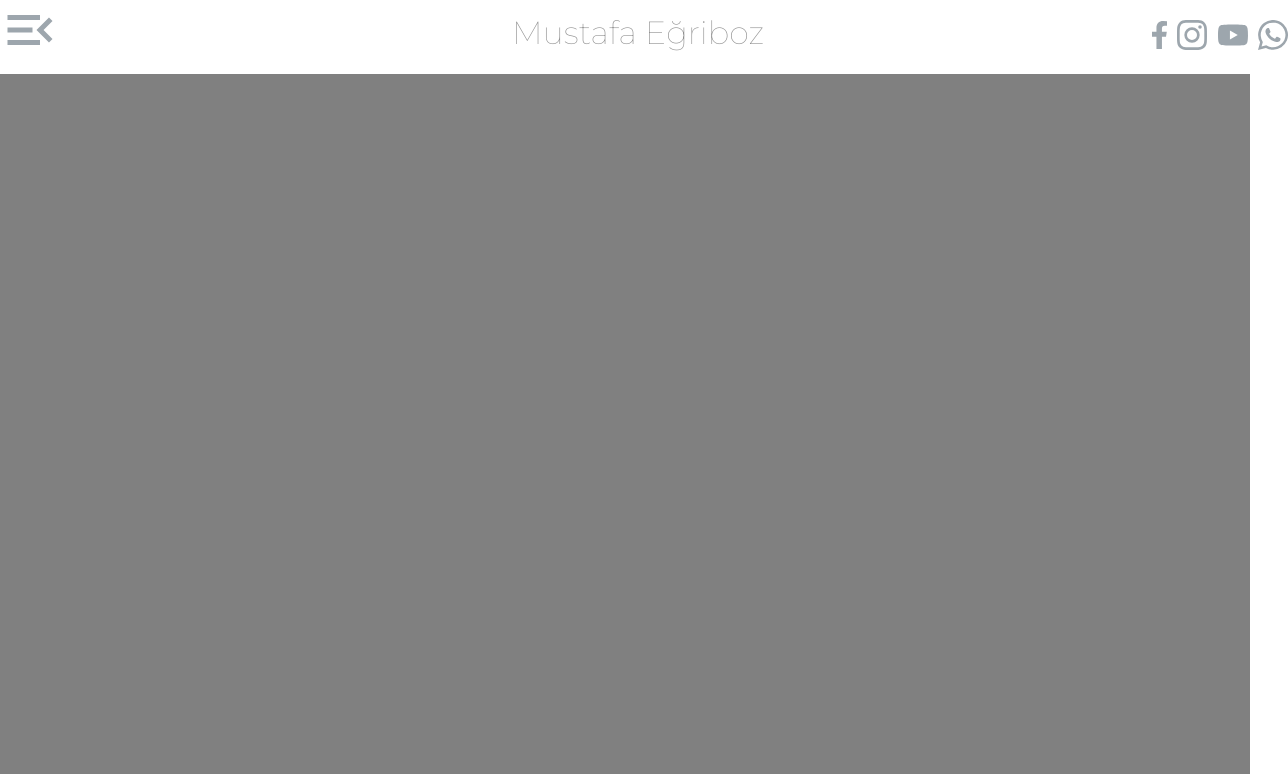
Repository: CengoCengo/m.e-gallery-web-site
Page: index.html
An editor plug-in stored every save of this project. The page is shown before and after the next save, followed by the edit.
The browser window is 1280 px wide. The page is 1288 px wide, so the pictures cover 1288 px, including what lies to the right of the window. The pictures show the whole page.

Above is the page before, as saved 2021-02-06 15:30:56.
Console error: TypeError: Cannot read properties of null (reading 'style')

### index.html
<!DOCTYPE html>
<html lang="en">
  <head>
    <meta charset="UTF-8" />
    <meta name="viewport" content="width=device-width, initial-scale=1.0" />
    <link rel="stylesheet" href="styles/style.css" />
    <link rel="preconnect" href="https://fonts.gstatic.com" />
    <link rel="preconnect" href="https://fonts.gstatic.com">
    <link href="https://fonts.googleapis.com/css2?family=Montserrat:wght@100&display=swap" rel="stylesheet">

    <title>Mustafa Eğriboz</title>
  </head>
  <body>
    <!-- Navigator -->
    <div class="menu-container">
      <img
        id="icon-menu"
        src="images/icon/menu_open-black-18dp.svg"
        alt="icon-menu"

      />
      <h1 class="name">Mustafa Eğriboz</h1>

      <div class="social-media-container icon-social">
        <a class="icon-social" href=""
          ><img alt="Qries" src="images/icon/facebook-f-brands.svg" width=15"
          height="70"></a
        >

        <a class="icon-social" href=""
          ><img alt="Qries" src="images/icon/instagram-brands.svg" width=30"
          height="70"></a
        >

        <a class="icon-social"  href=""
          ><img alt="Qries" src="images/icon/youtube-brands.svg" width=30"
          height="70"></a
        >

        <a class="icon-social" href=""
          ><img alt="Qries" src="images/icon/whatsapp-brands.svg" width=30"
          height="70"></a
        >
      </div>
    </div>

    <!-- Slider -->

    <div class="slider-container">
      <div class="slider"></div>
    </div>

    <script type="text/javascript" src="js/script.js"></script>
  </body>
</html>

### styles/style.css
*{
    margin: 0;
    padding: 0;
    font-family:  'Montserrat', sans-serif;
    font-weight: 900;




}


.menu-container{
    display: inline-block;
    position: relative;
    width: 100%;

}

#icon-menu{
    display: inline-block;
    width: 60px;

    margin-bottom: 10px;



}

h1.name{
    display: inline-block;
    font-weight: 200;
    position: absolute;
    margin-top: 1%;
    left: 40%;
    color:#8e8e8e;


}

.social-media-container{
    display: inline;
    position: relative;
    width: 100%;
    left: 84%;



}

.icon-social{
    margin-left: 0.5%;
}




.slider{
    background-color: grey;
    width: 1250px;
    height: 700px;

}

### js/script.js
var x = document.querySelector("p");
x.style.backgroundColor = "red";

After the next save:
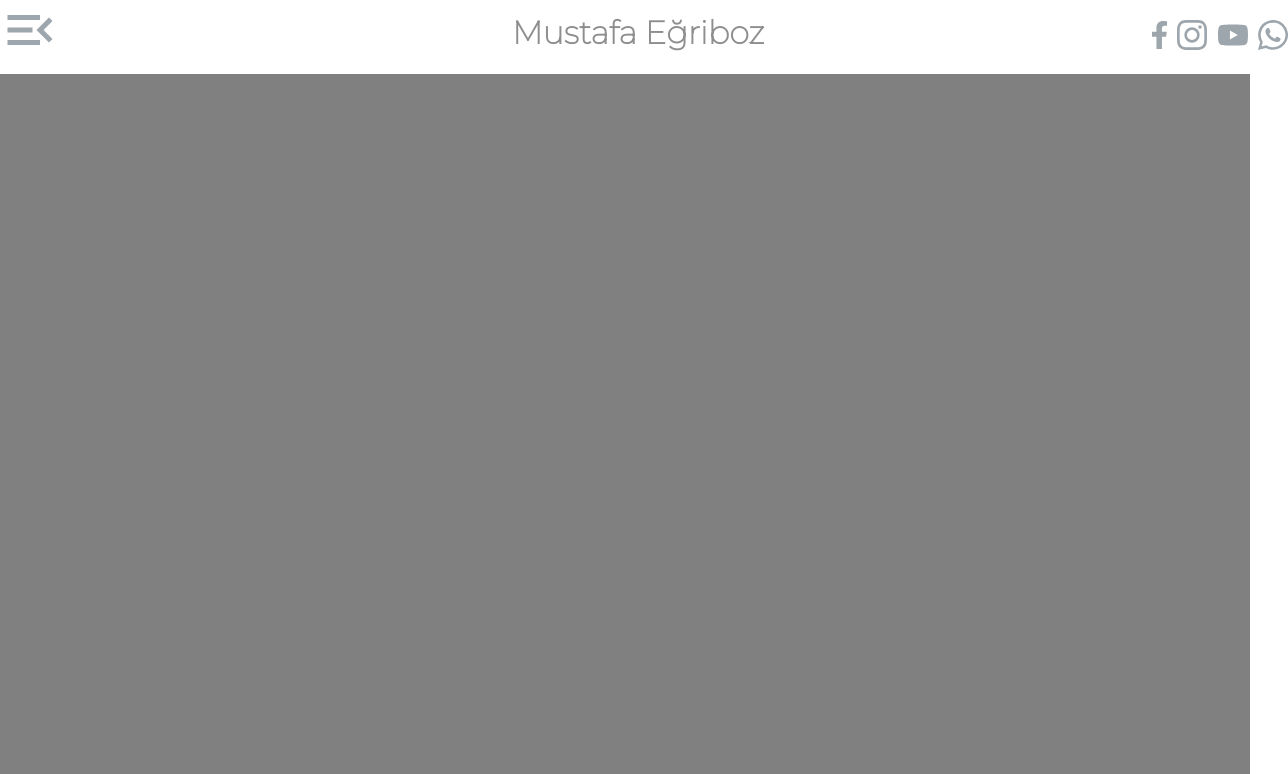
Saved 2 h 53 min later.
--- a/styles/style.css
+++ b/styles/style.css
@@ -29,7 +29,7 @@
 
 h1.name{
     display: inline-block;
-    font-weight: 200;
+
     position: absolute;
     margin-top: 1%;
     left: 40%;

After the save that followed:
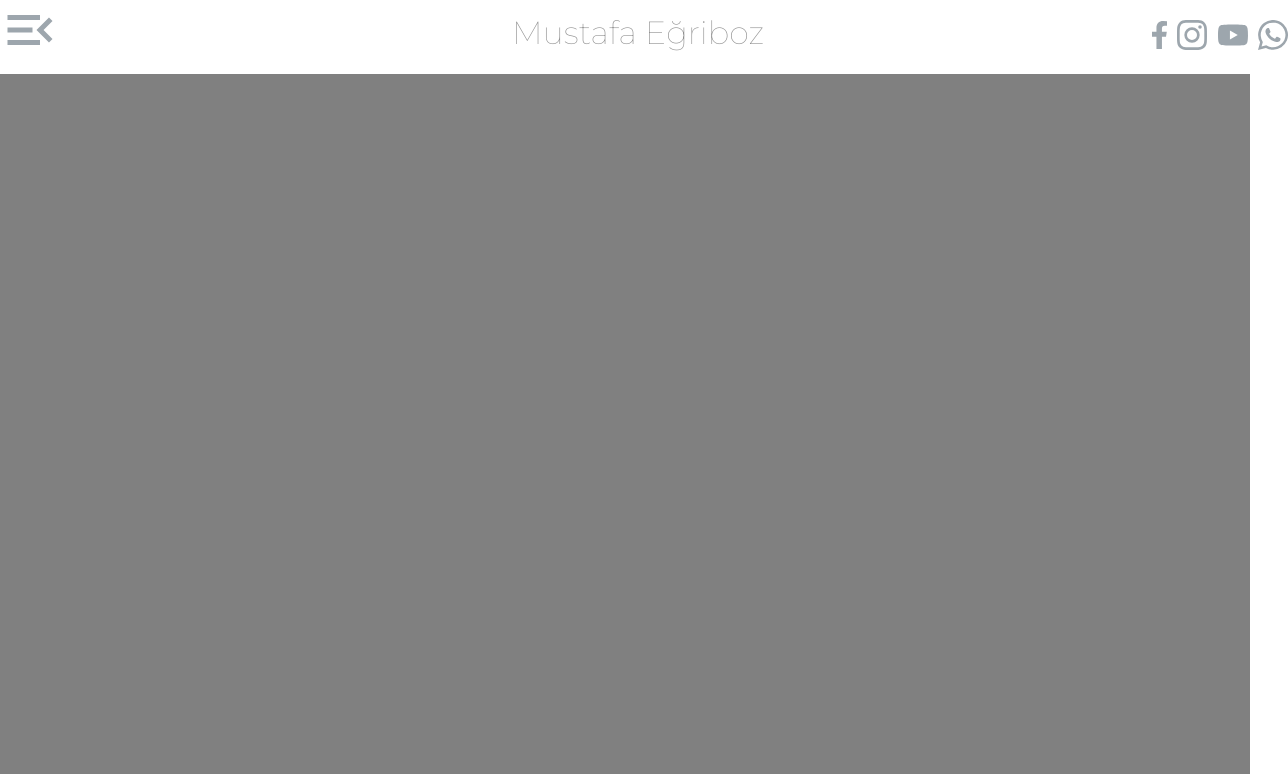
Saved 4 s later.
--- a/styles/style.css
+++ b/styles/style.css
@@ -29,7 +29,7 @@
 
 h1.name{
     display: inline-block;
-
+    font-weight: 200;
     position: absolute;
     margin-top: 1%;
     left: 40%;
